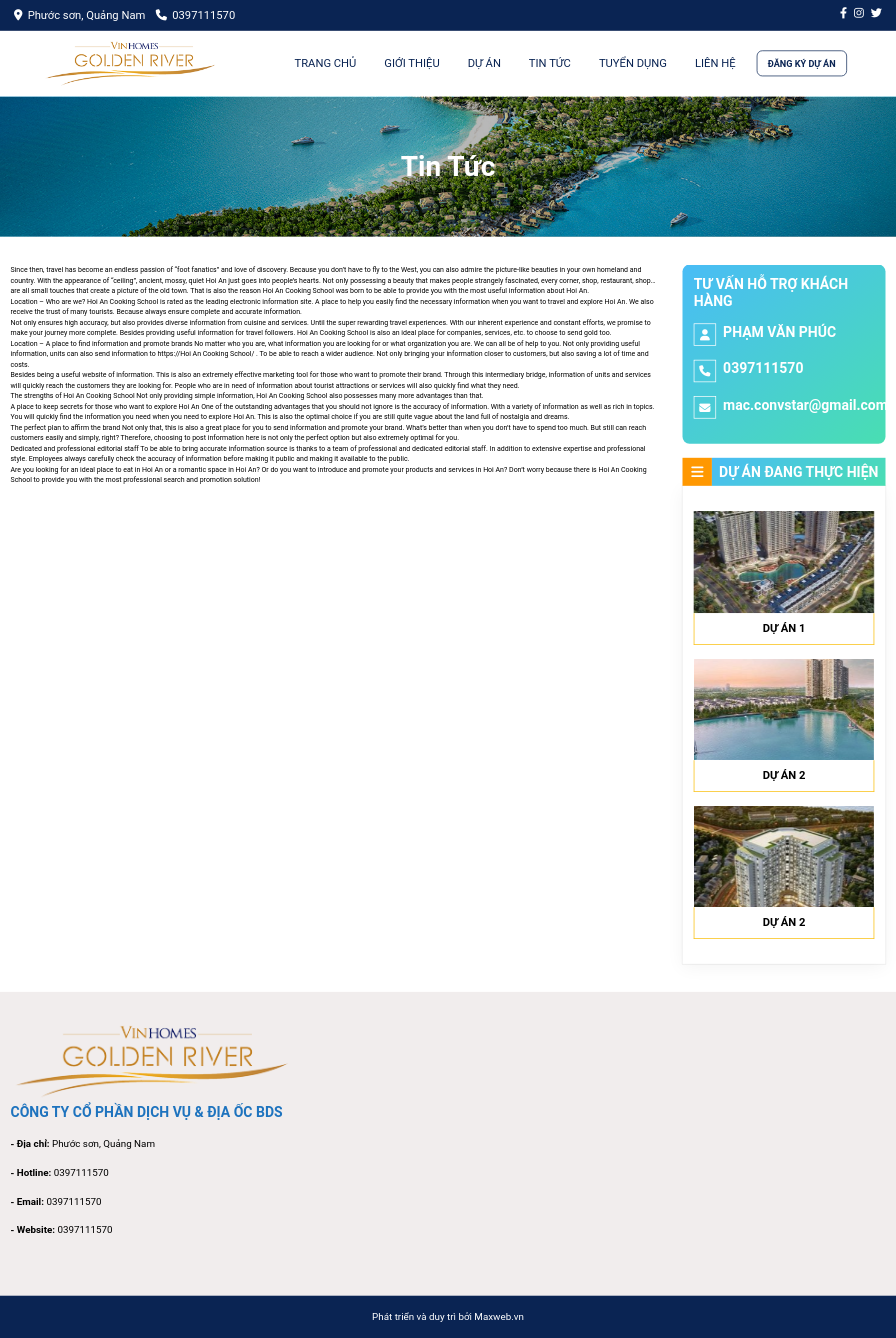
Repository: phamphuc2/fontend-bds
Page: single.html
These files come from the project's save history. The page is drawn as it stood at one moment and after the next save; the edit follows.
The browser window is 1280 px wide. The pictures show the whole page, at 70% of full size.
Pictures or frames that could not be fetched are drawn as grey boxes. Some web libraries are served in a nearby version.

Above is the page before, as saved 2022-06-23 16:35:43.

After the next save:
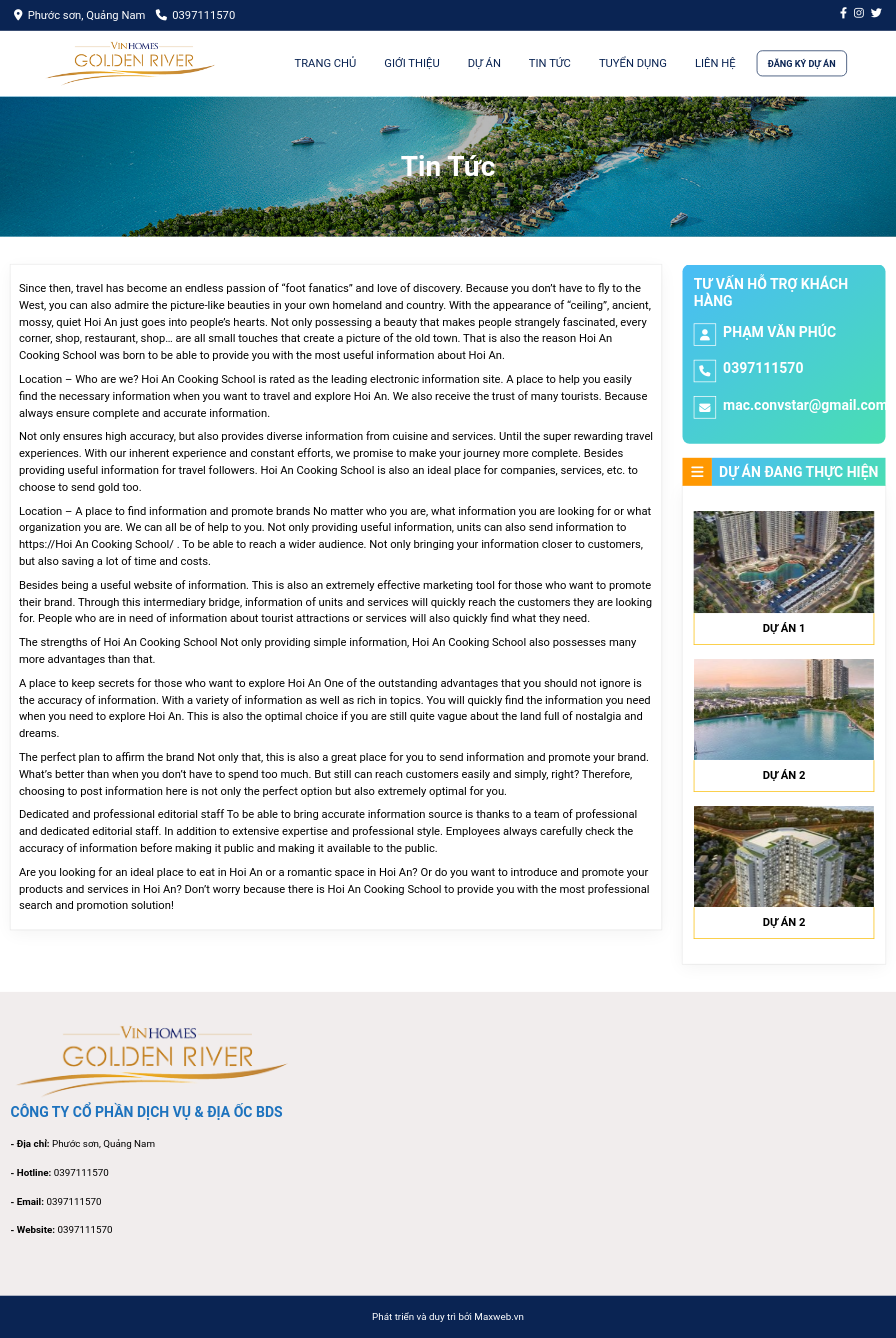
Saved 14 s later.
--- a/single.html
+++ b/single.html
@@ -200,7 +200,7 @@
             <h2 class="title">Tin Tức</h2>
         </div>
     </section>
-    <section class="main-category">
+    <section class="page-about single">
         <div class="container">
             <div class="row">
                 <div class="col-lg-9">
